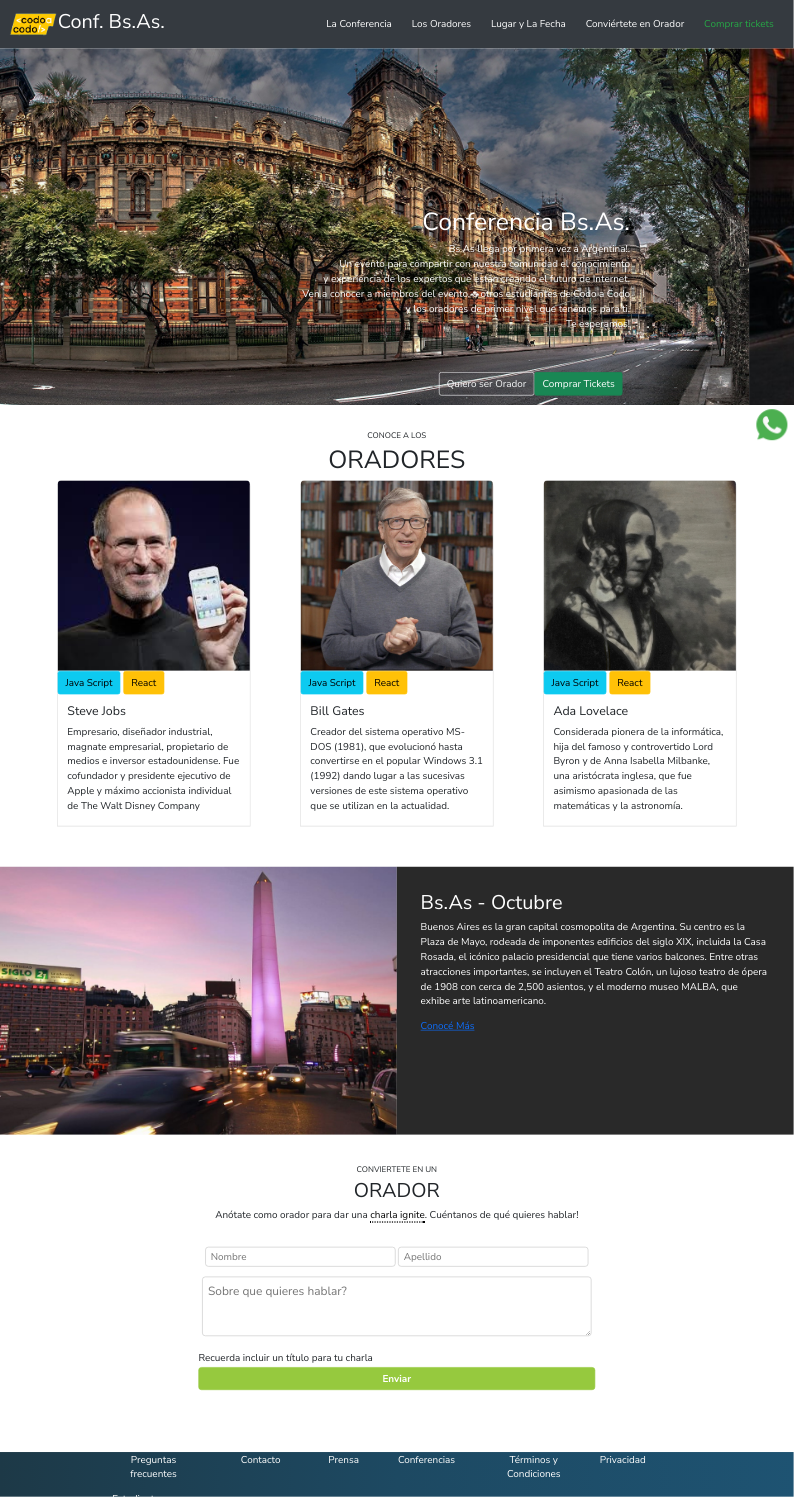
Repository: Melire/trabajo-final-BS
Page: index.html
The author's editor kept a copy of each file at every save. The page is drawn from the files as they stood at one save, then again after the next save.
The browser window is 1280 px wide. The pictures show the whole page, at 62% of full size.

Above is the page before, as saved 2023-05-10 16:41:29.

### index.html
<!DOCTYPE html>
<html lang="es">

<head>
    <meta charset="UTF-8">
    <meta http-equiv="X-UA-Compatible" content="IE=edge">
    <meta name="viewport" content="width=device-width, initial-scale=1.0">
    <title>Proyecto Melisa Renovales Wolcan</title>
    <link rel="shortcut icon" href="favicon.ico" type="image/x-icon">
    <link href="https://cdn.jsdelivr.net/npm/bootstrap@5.0.2/dist/css/bootstrap.min.css" rel="stylesheet"
        integrity="sha384-EVSTQN3/azprG1Anm3QDgpJLIm9Nao0Yz1ztcQTwFspd3yD65VohhpuuCOmLASjC" crossorigin="anonymous">
    <link rel="stylesheet" href="./css/estilos3.css">

</head>

<body>
    <header class="header">
        <div class="headerNav">
            <div class="contenedorLogo">
                <a href="https://www.buenosaires.gob.ar/educacion/codo-codo" target="_blank">
                    <img src="./assets/img/codoacodo.png" alt="Logo">
                </a>
                <h2>Conf. Bs.As.</h2>
            </div>
            <!--barra de navegacion BS-->
            <nav>
                <ul class="nav">
                    <li class="nav-item">
                        <a class="nav-link active" aria-current="page" href="#laConferencia">La Conferencia</a>
                    </li>
                    <li class="nav-item">
                        <a class="nav-link" href="#losOradores">Los Oradores</a>
                    </li>
                    <li class="nav-item">
                        <a class="nav-link" href="#lugarYfecha">Lugar y La Fecha</a>
                    </li>
                    <li class="nav-item">
                        <a class="nav-link" href="#convierteteEnOrador">Conviértete en Orador</a>
                    </li>
                    <a class="nav-link color" href="./pages/comprar_tickets.html">Comprar tickets</a>
                    </li>
                </ul>
            </nav>

        </div>
        <!--comportamientos carrousel BS-->
        <section id="laConferencia" class="contenedorCarousel">
            <div id="carouselExampleCaptions" class="carousel slide" data-bs-ride="carousel">
                <div class="carousel-indicators">
                    <div class="carouselNone">
                        <button type="button" data-bs-target="#carouselExampleCaptions" data-bs-slide-to="0"
                            class="active" aria-current="true" aria-label="Slide 1"></button>
                        <button type="button" data-bs-target="#carouselExampleCaptions" data-bs-slide-to="1"
                            aria-label="Slide 2"></button>
                        <button type="button" data-bs-target="#carouselExampleCaptions" data-bs-slide-to="2"
                            aria-label="Slide 3"></button>
                    </div>

                    <!--botones carrousel-->
                    <nav class="container">
                        <div class="botonesCabecera">
                            <a href="#convierteteEnOrador" button type="button" class="btn btn-outline-light">Quiero ser
                                Orador</a>
                            <a href="./pages/comprar_tickets.html" button type="button" class="btn btn-success">Comprar
                                Tickets</a>
                        </div>
                    </nav>
                </div>
                <!--textos y fotos carrousel BS-->
                <div class="carousel-inner">
                    <div class="carousel-item active">
                        <img src="./assets/img/ba1.jpg" class="d-block w-100" alt="Palacio del agua">
                        <div class="carousel-caption d-none d-md-block">
                            <h5 class="texto"> Conferencia Bs.As.</h5>
                            <p> Bs As llega por primera vez a Argentina!.<br /> Un evento para compartir con nuestra
                                comunidad el conocimiento<br /> y experiencia de los expertos que están creando el
                                futuro de Internet.<br />
                                Ven a conocer a miembros del evento, a otros estudiantes de Codo a Codo<br /> y los
                                oradores de primer nivel que tenemos para ti.<br />Te esperamos!</p>
                        </div>
                    </div>
                    <div class="carousel-item">
                        <img src="./assets/img/ba2.jpg" class="d-block w-100" alt="obelisco">
                        <div class="carousel-caption d-none d-md-block">
                            <h5 class="texto">Paseos en bus</h5>
                            <p>Tenemos la mejor selección de tours en español en Argentina<br />
                                ¡y al mejor precio! Descubre todo lo que puedes hacer en la Ciudad de Buenos
                                Aires!<br />
                                Veni a conocer un mágico Buenos Aires<br /> Te invitamos a conocer las costumbres y
                                gastronomía de la vida porteña de antaño</p>
                        </div>
                    </div>
                    <div class="carousel-item">
                        <img src="./assets/img/ba3.jpg" class="d-block w-100" alt="Diagonal sur">
                        <div class="carousel-caption d-none d-md-block">
                            <h5 class="texto">Visitas guiadas en edificios históricos</h5>
                            <p>En nuestras caminatas guiadas,<br /> recorremos los edificios mas hermosos de la
                                ciudad,<br /> llenos de histrorias y misterios.<br /> No te lo pierdas!</p>
                        </div>
                    </div>
                </div>
                <button class="carousel-control-prev" type="button" data-bs-target="#carouselExampleCaptions"
                    data-bs-slide="prev">
                    <span class="carousel-control-prev-icon" aria-hidden="true"></span>
                    <span class="visually-hidden">Previous</span>
                </button>
                <button class="carousel-control-next" type="button" data-bs-target="#carouselExampleCaptions"
                    data-bs-slide="next">
                    <span class="carousel-control-next-icon" aria-hidden="true"></span>
                    <span class="visually-hidden">Next</span>
                </button>
            </div>
        </section>
    </header>
    <!--Oradores BS-->
    <main>
        <section id="losOradores" class="sectionOradores">
            <h2 class="tituloRadores"><span class=tituloCh>CONOCE A LOS</span> <br> ORADORES</h2>
            <div class="padreCards">
                <div class="row row-cols-1 row-cols-md-3 g-4">
                    <div class="col">
                        <div class="card h-100">
                            <img src="./assets/img/steve.jpg" class="card-img-top" alt="Steve Jobs">
                            <div class="buttonsCard">
                                <button type="button" class="btn btn-info">Java Script</button>
                                <button type="button" class="btn btn-warning">React</button>
                            </div>

                            <div class="card-body">
                                <h5 class="card-title">Steve Jobs</h5>
                                <p class="card-text">Empresario, diseñador industrial, magnate empresarial, propietario
                                    de medios e inversor
                                    estadounidense. Fue cofundador y presidente ejecutivo de Apple​ y máximo accionista
                                    individual de The Walt Disney Company</p>
                            </div>
                        </div>
                    </div>
                    <div class="col">
                        <div class="card h-100">
                            <img src="./assets/img/bill.jpg" class="card-img-top" alt="Bill Gates">
                            <div class="buttonsCard">
                                <button type="button" class="btn btn-info">Java Script</button>
                                <button type="button" class="btn btn-warning">React</button>
                            </div>
                            <div class="card-body">
                                <h5 class="card-title">Bill Gates</h5>
                                <p class="card-text">Creador del sistema operativo MS-DOS (1981), que evolucionó hasta
                                    convertirse en el popular
                                    Windows 3.1 (1992) dando lugar a las sucesivas versiones de este sistema operativo
                                    que se
                                    utilizan en la actualidad.</p>
                            </div>
                        </div>
                    </div>
                    <div class="col">
                        <div class="card h-100">
                            <img src="./assets/img/ada.jpeg" class="card-img-top" alt="Ada Lovelace">
                            <div class="buttonsCard">
                                <button type="button" class="btn btn-info">Java Script</button>
                                <button type="button" class="btn btn-warning">React</button>
                            </div>
                            <div class="card-body">
                                <h5 class="card-title">Ada Lovelace</h5>
                                <p class="card-text">Considerada pionera de la informática, hija del famoso y
                                    controvertido Lord Byron y de Anna
                                    Isabella Milbanke, una aristócrata inglesa, que fue asimismo apasionada de las
                                    matemáticas y
                                    la astronomía.</p>
                            </div>
                        </div>
                    </div>
                </div>
            </div>
        </section>
        <section id="lugarYfecha" class="container-fluid">
            <div class="row">
                <div class="col-sm-12 col-md-6 colIzq">

                </div>
                <div class="col-sm-12 col-md-6 colDer">
                    <h2>Bs.As - Octubre</h2>
                    <p>Buenos Aires es la gran capital cosmopolita de Argentina. Su centro es la Plaza de Mayo, rodeada
                        de imponentes edificios del siglo XIX, incluida la Casa Rosada, el icónico palacio presidencial
                        que tiene varios balcones. Entre otras atracciones importantes, se incluyen el Teatro Colón, un
                        lujoso teatro de ópera de 1908 con cerca de 2,500 asientos, y el moderno museo MALBA, que exhibe
                        arte latinoamericano.</p>
                    <a class="boton1" href="">Conocé Más</a>
                </div>
        </section>
        <section id="convierteteEnOrador" class="formularioOrador">
            <h2><span class="tituloCh"> CONVIERTETE EN UN </span> <br> ORADOR</h2>
            <p>Anótate como orador para dar una <a href="" class="charla">charla ignite</a>.
                Cuéntanos de qué quieres hablar!</p>
            <br>
            <form action="" autocomplete="on">
                <div>
                    <input class="inputNA" type="text" placeholder="Nombre" required>
                    <input class="inputNA" type="text" placeholder="Apellido" required>
                </div>
                <div>
                    <textarea class="textArea" name="" id="" cols="44" rows="6" placeholder="Sobre que quieres hablar?"
                        required></textarea>
                </div>
                <p class="finalForm">Recuerda incluir un título para tu charla</p>
                <div>
                    <input type="submit" value="Enviar" class="formSubmit">
                </div>
            </form>
        </section>
    </main>
    <!--footer BS-->
    <footer class="footer container-fluid mt-5">
        <div class="contenedorFooter row text-center gap-3 w-75 h-100 mx-auto">
            <a class="col-sm-12 col-md-2" href="#Preguntas frecuentes">Preguntas frecuentes</a>
            <a class="col-sm-12 col-md-2" href="#contacto">Contacto</a>
            <a class="col-sm-12 col-md-1" href="#prensa">Prensa</a>
            <a class="col-sm-12 col-md-2" href="#conferencias">Conferencias</a>
            <a class="col-sm-12 col-md-2" href="#condiciones">Términos y Condiciones</a>
            <a class="col-sm-12 col-md-1" href="#privacidad">Privacidad</a>
            <a class="col-sm-12 col-md-1" href="#estudiantes">Estudiantes</a>
        </div>
        <a href=""><img class="wsp" src="./assets/img/whatsapp.png" alt="what"></a>
    </footer>
    <script src="https://cdn.jsdelivr.net/npm/bootstrap@5.0.2/dist/js/bootstrap.bundle.min.js"
        integrity="sha384-MrcW6ZMFYlzcLA8Nl+NtUVF0sA7MsXsP1UyJoMp4YLEuNSfAP+JcXn/tWtIaxVXM"
        crossorigin="anonymous"></script>
</body>

</html>

### css/estilos3.css
@import url('https://fonts.googleapis.com/css2?family=Nunito+Sans:wght@400;600;700&display=swap');

* {
    margin: 0;
    padding: 0;
    box-sizing: border-box;
}

body {
    font-family: 'Nunito Sans', sans-serif;
}

.header {
    margin-bottom: 1rem;
}

.headerNav {
    background-color: rgb(53, 58, 64);
    display: flex;
    flex-wrap: wrap;
    justify-content: space-between;
    padding: 1rem 1rem;
    align-items: center;
}
.contenedorLogo {
    width: 20%;
    display: flex;
    align-items: center;
    justify-content: space-between;
}

.contenedorLogo a {
    display: inline-block;
    width: 30%;
}

.contenedorLogo img {
    width: 100%;
    object-fit: cover;
}

.contenedorLogo h2 {
    color: white;
}

.nav-link {
    color: white;
}

.color {
    color: rgb(39, 167, 70);
}

.contenedorCarousel {
    width: 100%;
    height: 80vh;
}

.contenedorCarousel img {
    height: 80vh;
    object-fit: cover;
}

.contenedorCarousel p {
    text-align:right;
    text-shadow: #000000;
    margin-bottom: 5rem;
}

.texto {
    font-size: 2.5rem;
    text-align: right;
}
.botonesCabecera {
    display:flex;
    flex-direction:row;
    justify-content: center;
    align-items: end;

  margin-left:60vh ;
}

.carouselNone
{
    display: none;
  }
.sectionOradores h2 {
    text-align: center;
}

.tituloCh {
    font-size: small;
}

.tituloRadores {
    font-size: 2.5rem;
}
.padreCards {
    width: 90%;
    margin: 0 auto;
    justify-content: center;
    align-items: center;
    flex-wrap: wrap;
    height: 90vh;

}
.card{

    width: 85%;
    margin: 0 auto;
    height: 90vh;
    column-gap: 4%;
    border-radius: 2% 2% 0px 0px;
}
.card img {

    height: 55%;
    border-radius: 2% 2% 0px 0px;

}

.buttonsCard{
color: white;
}
.colIzq {
    background-image: url("../assets/img/obelisco.jpg");
    background-size: cover;
    background-position: center;
    background-repeat: no-repeat;
    height: 60vh;
}

.colDer {
    background-color: rgb(41, 41, 41);
    color: white;
    height: 60vh;
    padding: 3%;
}

.formularioOrador {
    width: 50%;
    height: 60vh;
    margin: 2rem auto;
    text-align: center;
}

.formularioTicket {
    display: flex;
    width: 80%;
    height: 80vh;
    margin: 2rem auto;
    text-align: center;
    align-items: center;
    flex-direction: column;
}

.radio {
    text-align: left;
    padding: 5rem auto;
    font-size: 1rem;

}

.charla {
    text-decoration: none;
    color: black;
    border-bottom: 2px dotted black;
}

.inputNA {
    width: 48%;

    height: 2rem;
    margin-bottom: 1rem;
    border-radius: 5px;
    border: 1px solid rgb(198, 198, 198);
    padding-left: 0.5rem;
}

.textArea {
    width: 98%;
    height: 6rem;
    margin-bottom: 1rem;
    border-radius: 5px;
    border: 1px solid rgb(198, 198, 198);
    font-size: 1.2rem;
    padding: 0.5rem;
}

.finalForm {
    display: flex;
    text-align: left;
    font-size: smaller5;
    margin-bottom: 0.2rem;
}

.formSubmit {
    width: 100%;
    height: 2.3rem;
    border-radius: 5px;
    border: 1px solid rgb(150, 201, 62);
    background-color: rgb(150, 201, 62);
    color: white;
    font-weight: bold;
    font-size: 1rem;
    cursor: pointer;
    margin-bottom: 1rem;
}

.formSubmitb {
    width: 50%;
    height: 2rem;
    border-radius: 5px;
    border: 1px solid rgb(88, 88, 88);
    background-color: rgb(88, 88, 88);
    color: white;
    font-weight: bold;
    font-size: 1rem;
    cursor: pointer;
    margin-bottom: 1rem;

}

.wsp {
    position: fixed;
    bottom: 10px;
    right: 10px;
    width: 50px;
}

.footer {
    background: linear-gradient(to right, #1d3947, #1d4962, #1e5372);
    height: 10vh;
}

.contenedorFooter {
    width: 70%;
    height: 100%;
    margin: 0 auto;
}

.contenedorFooter a {
    color: white;
    text-decoration: none;
    font-size: 1 rem;
}

/*vamos a cargar ahora el diseño para celular*/
/*0 - 567px  */
/*
@media screen and (max-width: 567px) {
    .headerNav {
        background-color: rgb(56, 56, 56);
        flex-direction: column;
        align-items: center;
        justify-content: center;
        height: initial;
        padding: 1rem;
    }

    .contenedorLogo {
        width: 70%;
    }

    .contenedorLogo img {
        width: 70%;
        object-fit: cover;
    }

    .listaNav {
        flex-direction: column;
        align-items: center;
        justify-content: center;
        width: 100%;
    }

    .laConferencia {
        height: 60%;
        background: url("../assets/img/madero.jpg");
        background-size: cover;
        background-position: center;
        background-repeat: no-repeat;
        padding-right: initial;
        align-items: center;
        justify-content: center;

    }

    .contenedorTextConf {
        background: linear-gradient(to bottom, #000000c2, #000000c2);
        width: 100%;
        text-align: center;
        font-size: small;
    }

    .escritorio {
        display: none;
    }

    .padreCards {
        width: 90%;
        height: initial;
    }

    .card {
        border: 1px solid rgb(207, 202, 202);
        width: 300px;
        height: 90%;
        border-radius: 2%;
        margin-bottom: 1rem;
    }

    .colIzq {
        height: 30vh;
    }

    .colDer {
        height: 50vh;
        font-size: small;
    }

    .formularioOrador {
        height: initial;
    }

    .formularioTicket {
        height: initial;
    }

    .footer {
        height: initial;
        padding: 30px;
    }

    .wsp {
        position: fixed;
        bottom: 20px;
        right: 10px;
        width: 30px;
    }
}
/*

@media screen and (min-width: 568px) and (max-width:767px) {
    .headerNav {
        flex-direction: column;
        align-items: center;
        justify-content: center;
        height: initial;
        padding: 1rem 1rem;

    }

    .contenedorLogo {
        width: 50%;
    }

    .navegacion {
        width: 100%;
    }

    .listaNav {
        width: 100%;
        justify-content: space-evenly;
    }

    .linkNav {
        font-size: 1rem;
    }

    .contenedorTextConf {
        width: 90%;
    }

    .tituloRadores {
        margin-top: 4rem;
    }

    .padreCards {
        width: 90%;
        height: initial;
    }

    .card {
        border: 1px solid rgb(207, 202, 202);
        width: 300px;
        height: 90%;
        border-radius: 2%;
        margin-bottom: 1rem;
    }

    .lugarFecha {
        display: flex;
        align-items: center;
        height: 70vh;
        color: rgb(253, 253, 253);
        font-size: small;
        background: linear-gradient(to bottom, #00000026, #000000c2, #00000026), url("../assets/img/obelisco.jpg");
        background-size: cover;
        background-position: center;
        background-repeat: no-repeat;
    }

    .left {
        display: none;
    }

    .right {
        width: 100%;
        border-left: 1px solid white;
        padding: 2%;
    }

    .right h2 {
        margin-bottom: 1rem;
    }

    .right p {
        margin-bottom: 1rem;
        line-height: 1.7;
    }

    .formularioOrador {
        height: initial;
    }

    .formularioTicket {
        height: initial;
    }

    .wsp {
        position: fixed;
        bottom: 20px;
        right: 10px;
        width: 30px;
    }

    .contenedorFooter {
        width: 70%;
        height: 100%;
        margin: 0 auto;
        display: flex;
        justify-content: space-evenly;
        align-items: flex-start;
    }

    .contenedorFooter a {
        color: white;
        text-decoration: none;
        font-size: small;
        padding: 0.3rem;
        align-items: flex-start;
    }
}






@media screen and (min-width: 768px) and (max-width:991px) {

    .headerNav {
        flex-direction: column;
        align-items: center;
        justify-content: center;
        height: initial;
        padding: 1rem 1rem;

    }

    .contenedorLogo {
        width: 50%;
    }

    .navegacion {
        width: 100%;
    }

    .listaNav {
        width: 100%;
        justify-content: space-evenly;
    }

    .linkNav {
        font-size: 1.2rem;
    }

    .contenedorTextConf {
        width: 90%;
    }

    .tituloRadores {
        margin-top: 5rem;
    }

    .padreCards {
        width: 90%;
        height: initial;

    }

    .card {
        border: 1px solid rgb(207, 202, 202);
        width: 300px;
        height: 90%;
        border-radius: 2%;
        margin-bottom: 1rem;
    }

    .lugarFecha {
        display: flex;
        align-items: stretch;
        height: 60vh;
        background-color: rgb(41, 41, 41);
        color: white;
        font-size: small;

    }

    .formularioOrador {
        height: initial;
    }

    .formularioTicket {
        height: initial;
    }

    .wsp {
        position: fixed;
        bottom: 40px;
        right: 20px;
        width: 30px;
    }

    .contenedorFooter a {
        color: white;
        text-decoration: none;
        padding: 1rem;
        align-items: flex-start;
    }

}

@media screen and (min-width: 992px) and (max-width:1299px) {
    .headerNav {
        padding: 1rem 1rem;
    }

    .contenedorLogo {
        width: 20%;
    }

    .navegacion {
        margin-left: 20px;
        width: 65%;
    }

    .padreCards {
        width: 90%;
        height: initial;
    }

    .card {
        margin-bottom: 1rem;
    }

    .lugarFecha {
        font-size: small;

    }

    .formularioOrador {
        height: initial;
    }

    .formularioTicket {
        height: initial;
    }

    .wsp {
        position: fixed;
        bottom: 40px;
        right: 20px;
        width: 40px;
    }

    .contenedorFooter a {
        color: white;
        text-decoration: none;
        padding: 1rem;
        align-items: flex-start;
    }

}

/*
@media screen and (min-width: 1300px) and (max-width:1399px) {
    .headerNav {
        background-color: rgb(229, 255, 0);
        padding: 1rem 1rem;
    }

    .contenedorLogo {
        width: 20%;
    }

    .navegacion {
        margin-left: 20px;
        width: 65%;
    }

    .padreCards {
        width: 90%;
        height: initial;
    }

    .card {
        margin-bottom: 1rem;
    }

    .lugarFecha {
        font-size: small;

    }

    .formularioOrador {
        height: initial;
    }
    .formularioTicket {
        height: initial;
    }
    .wsp {
        position: fixed;
    bottom:40px;
        right: 20px;
        width: 40px;
    }

    .contenedorFooter {
        width: 70%;
        height: 100%;
        margin: 0 auto;
        display: flex;
        justify-content: space-evenly;

    }

    .contenedorFooter a {
        color: white;
        text-decoration: none;
        padding: 1rem;
        align-items: flex-start;
    }
}

/*otra opcion
/*celulares
@media screen and (max-width: 767px){

}
/*algunas tablets y notebook
@media screen and (min-width: 768px) and (max-width:1399px) {

}

*/

After the next save:
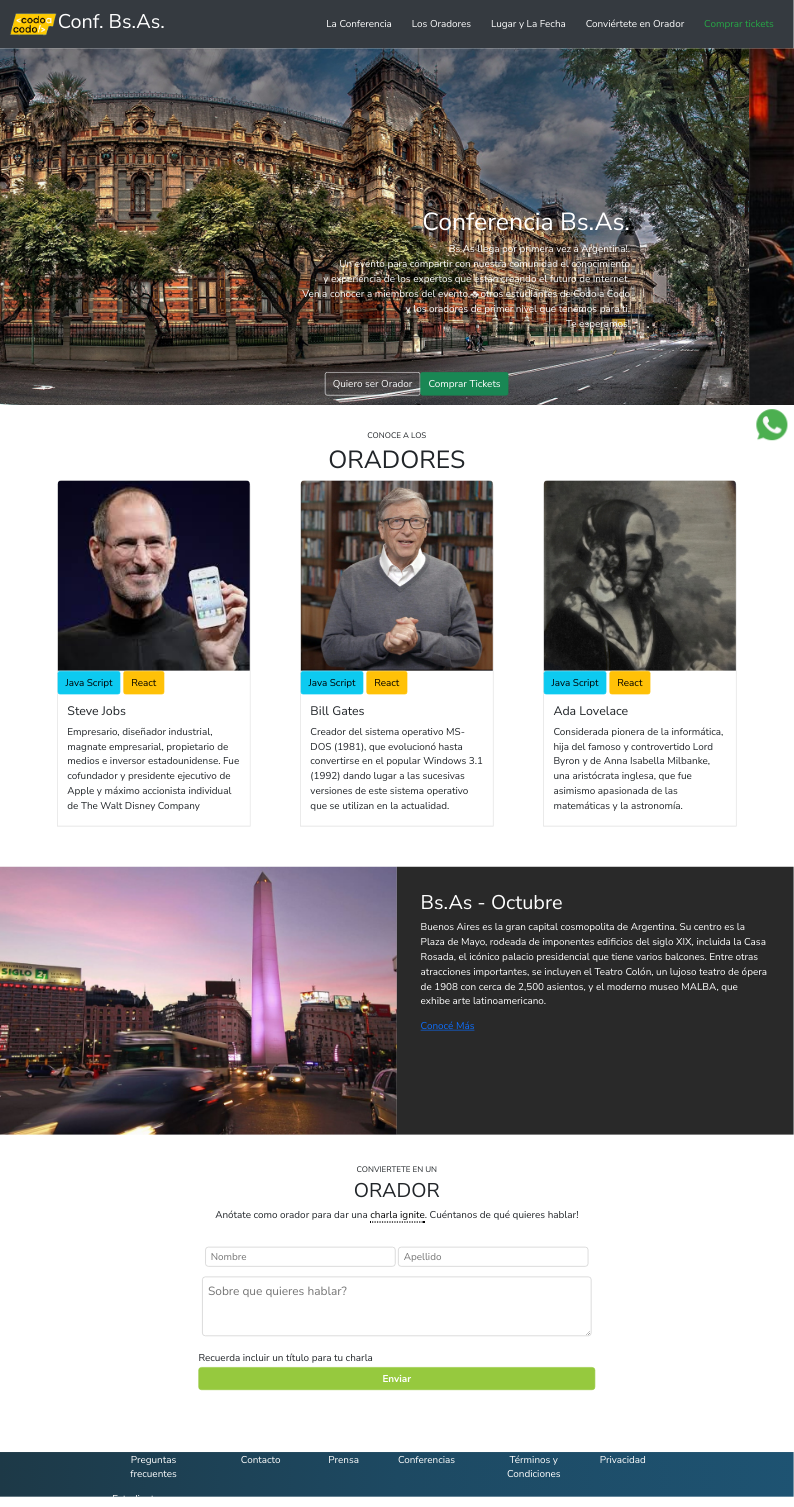
Saved 39 s later.
--- a/css/estilos3.css
+++ b/css/estilos3.css
@@ -77,7 +77,7 @@
     justify-content: center;
     align-items: end;
 
-  margin-left:60vh ;
+  margin-left:4rem ;
 }
 
 .carouselNone
